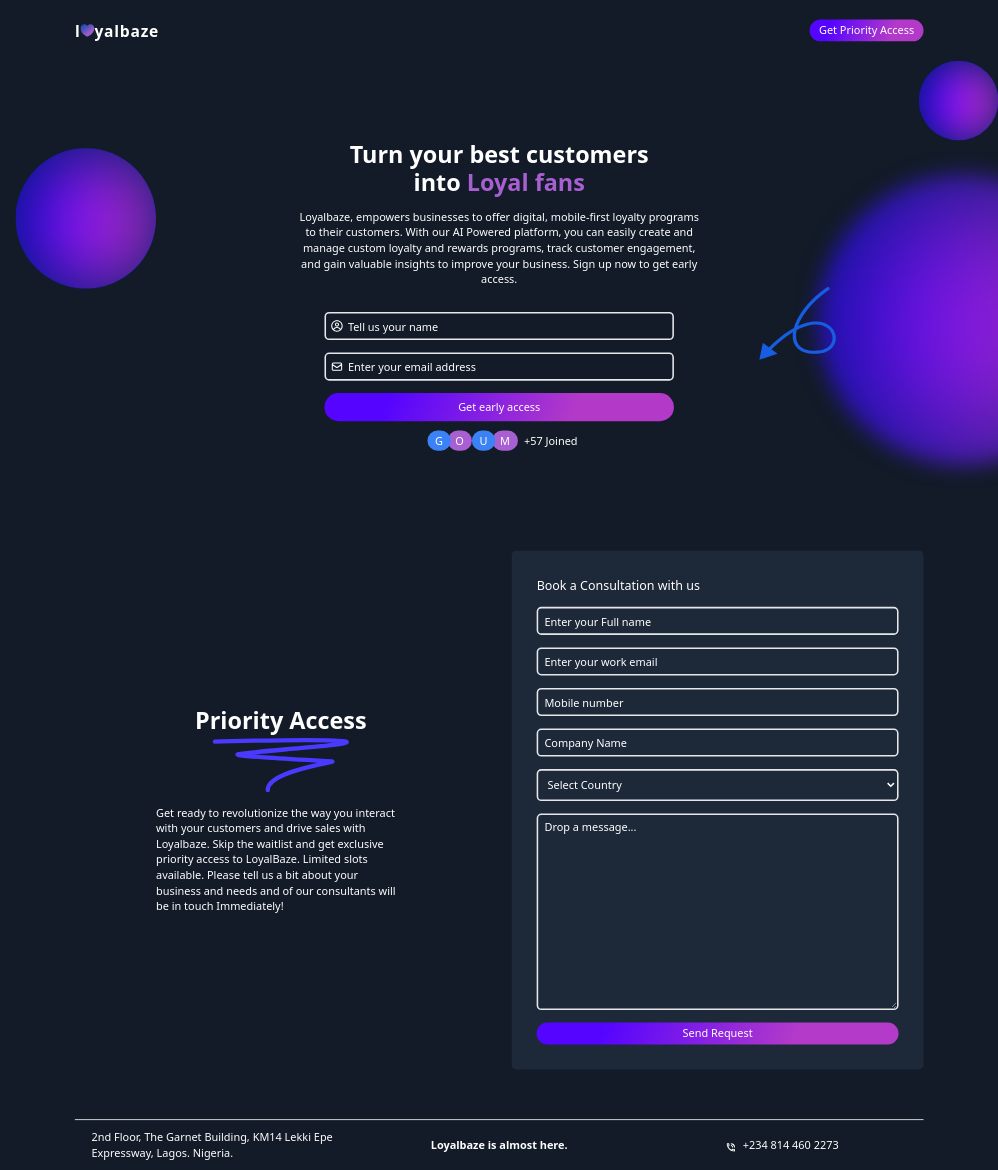
Repository: Jerified/loyalbaze
Page: /
These files come from the project's save history. The page is drawn as it stood at one moment and after the next save; the edit follows.
The browser window is 1280 px wide. The pictures show the whole page, at 78% of full size.
The project was rebuilt for these pictures with package versions that can differ from the ones it lists, and the page was loaded fresh each time. The framework's server and built-in components were replaced by stand-ins that run in the browser. Also part of the build but not shown: next.config.js.

Above is the page before, as saved 2023-02-13 20:21:52.

After the next save:
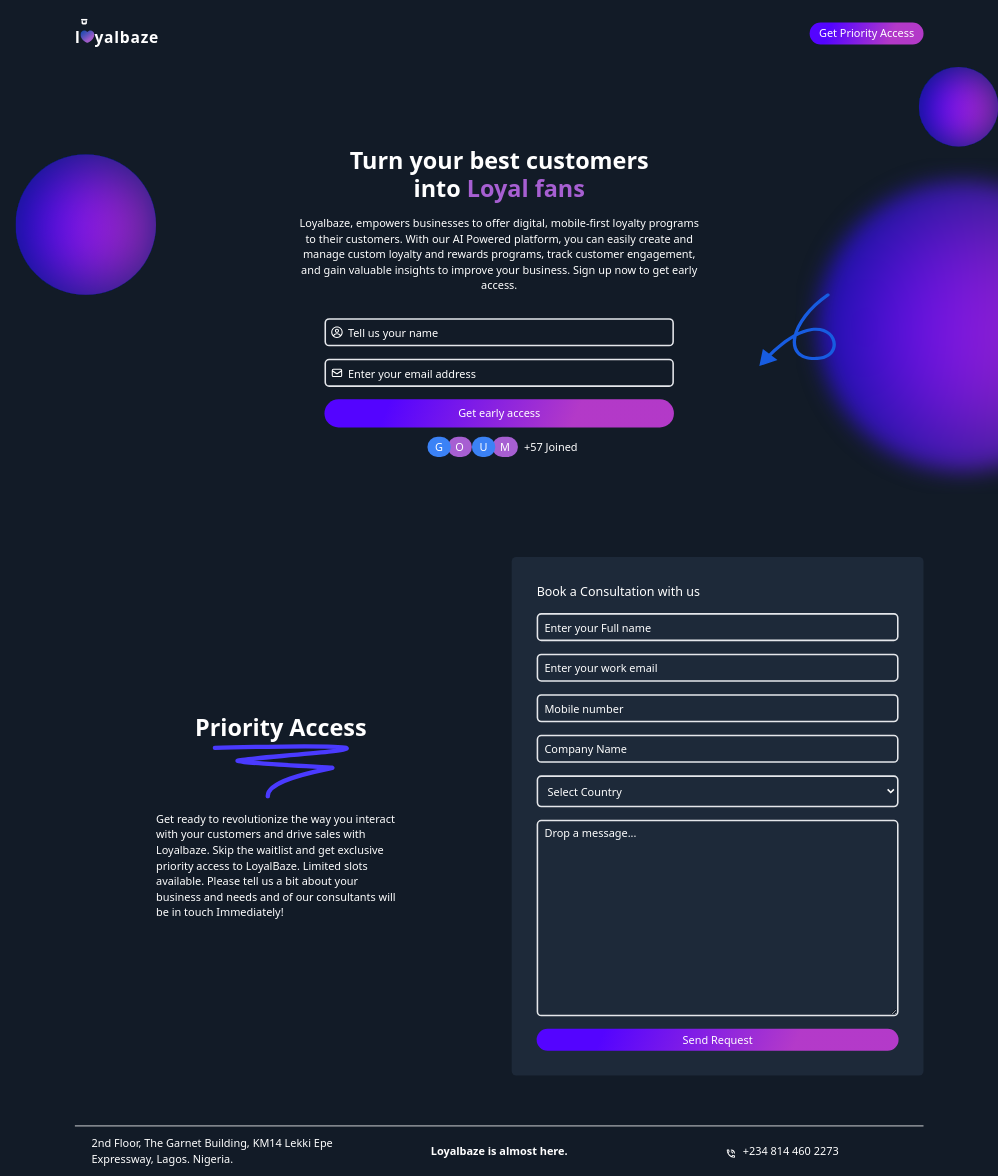
Saved 31 s later.
--- a/src/components/Header.tsx
+++ b/src/components/Header.tsx
@@ -8,10 +8,20 @@
       <div className="text-xl font-semibold tracking-wider flex items-end justify-end">
         l
         <div className="relative">
-
+          <svg
+            width="10"
+            height="8"
+            viewBox="0 0 10 8"
+            fill="none"
+            xmlns="http://www.w3.org/2000/svg"
+          >
+            <path
+              d="M8.42822 3V5.57143C8.42822 6.51857 7.66108 7.28571 6.71394 7.28571H3.28537C2.33822 7.28571 1.57108 6.51857 1.57108 5.57143V3C1.57108 2.76429 1.76394 2.57143 1.99965 2.57143H2.84394C3.07965 2.57143 3.27251 2.76429 3.27251 3V4.34571C3.27295 4.5733 3.36327 4.7915 3.5238 4.95283C3.68432 5.11416 3.90207 5.20556 4.12965 5.20714C4.29251 5.20714 4.45537 5.16 4.59679 5.06571L5.00394 4.8L5.38108 5.05286C5.64251 5.22857 5.97679 5.25 6.25537 5.1C6.53822 4.95 6.71394 4.66286 6.71394 4.34143V3C6.71394 2.76429 6.90679 2.57143 7.14251 2.57143H7.99965C8.23537 2.57143 8.42822 2.76429 8.42822 3ZM9.07108 0.857143V1.28571C9.07108 1.75714 8.84394 2.14286 8.21394 2.14286H1.78537C1.12965 2.14286 0.928223 1.75714 0.928223 1.28571V0.857143C0.928223 0.385714 1.12965 0 1.78537 0H8.21394C8.84394 0 9.07108 0.385714 9.07108 0.857143Z"
+              fill="white"
+            />
+          </svg>
 
           <span className="w-">
-
             <svg
               width="18"
               height="30"

After the 5 saves that followed:
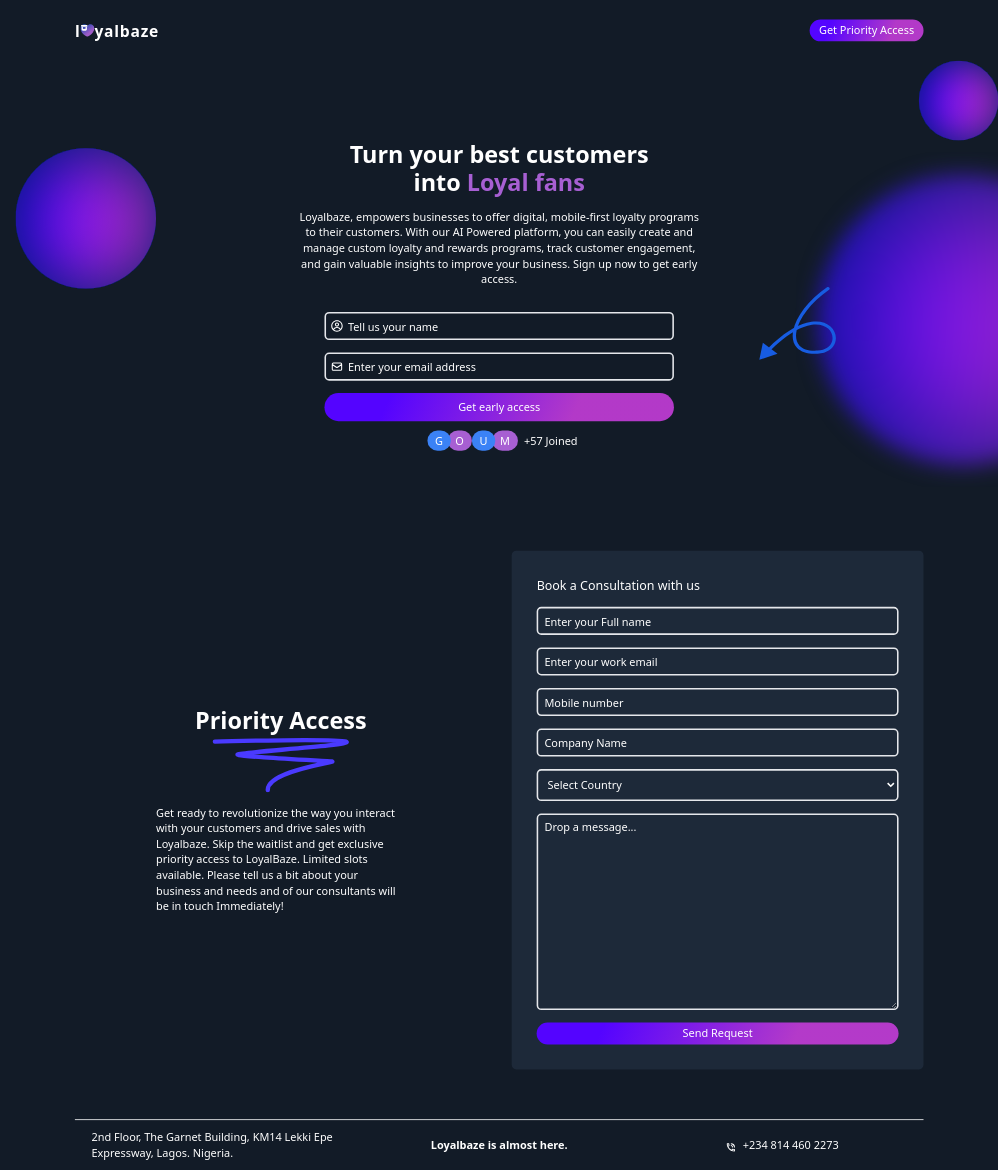
The 5 saves are shown as one change because 1 left the picture as it was and some came seconds apart.
The last was saved 22 s later.
--- a/src/components/Header.tsx
+++ b/src/components/Header.tsx
@@ -14,6 +14,7 @@
             viewBox="0 0 10 8"
             fill="none"
             xmlns="http://www.w3.org/2000/svg"
+            className="absolute top-2"
           >
             <path
               d="M8.42822 3V5.57143C8.42822 6.51857 7.66108 7.28571 6.71394 7.28571H3.28537C2.33822 7.28571 1.57108 6.51857 1.57108 5.57143V3C1.57108 2.76429 1.76394 2.57143 1.99965 2.57143H2.84394C3.07965 2.57143 3.27251 2.76429 3.27251 3V4.34571C3.27295 4.5733 3.36327 4.7915 3.5238 4.95283C3.68432 5.11416 3.90207 5.20556 4.12965 5.20714C4.29251 5.20714 4.45537 5.16 4.59679 5.06571L5.00394 4.8L5.38108 5.05286C5.64251 5.22857 5.97679 5.25 6.25537 5.1C6.53822 4.95 6.71394 4.66286 6.71394 4.34143V3C6.71394 2.76429 6.90679 2.57143 7.14251 2.57143H7.99965C8.23537 2.57143 8.42822 2.76429 8.42822 3ZM9.07108 0.857143V1.28571C9.07108 1.75714 8.84394 2.14286 8.21394 2.14286H1.78537C1.12965 2.14286 0.928223 1.75714 0.928223 1.28571V0.857143C0.928223 0.385714 1.12965 0 1.78537 0H8.21394C8.84394 0 9.07108 0.385714 9.07108 0.857143Z"
